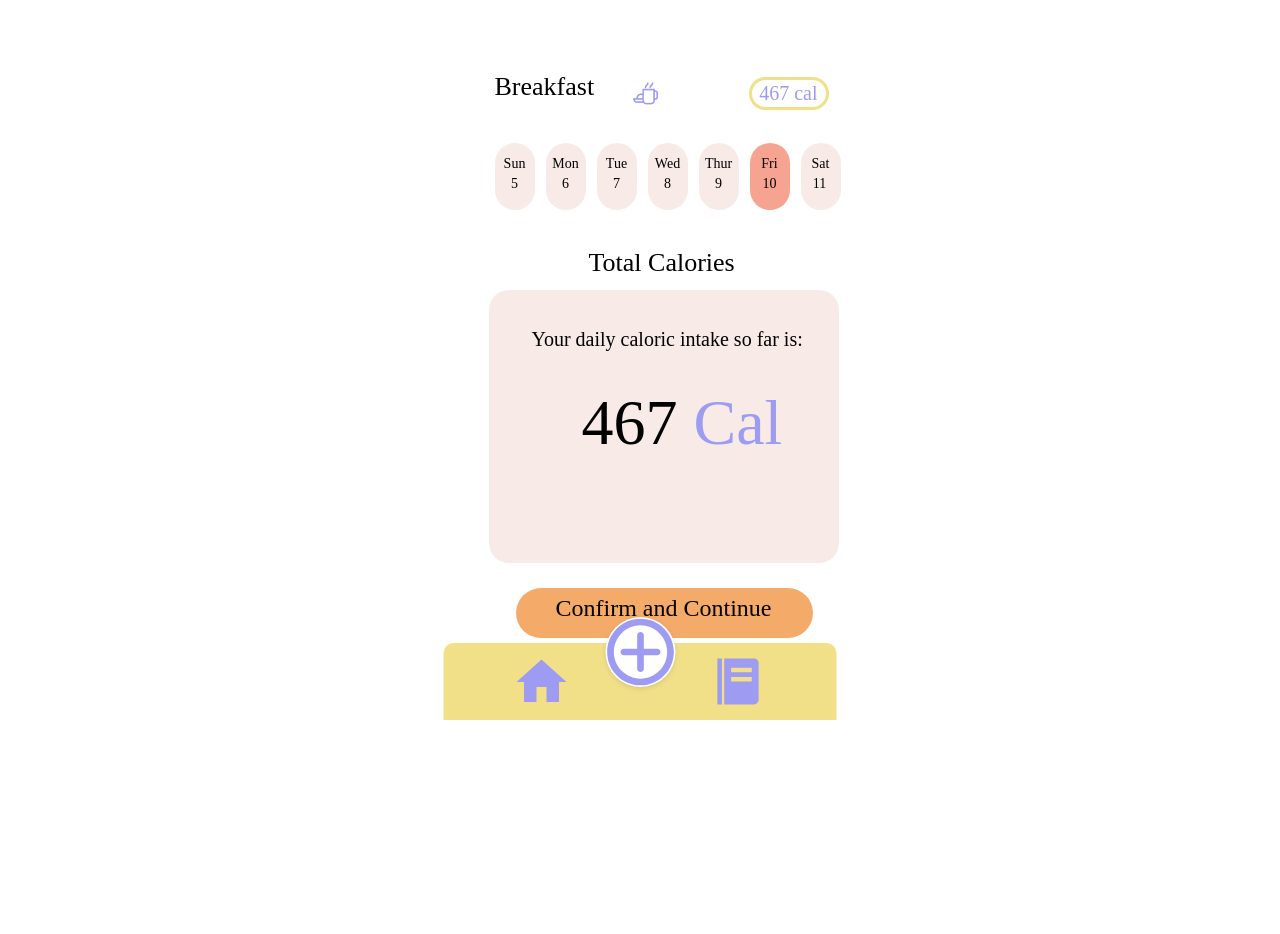
Repository: MeowCeline00/G5-Calorie-Tracker
Page: BreakfastCalCounter/index.html
An editor plug-in stored every save of this project. The page is shown before and after the next save, followed by the edit.
The browser window is 1280 px wide. The pictures show the whole page.

Above is the page before, as saved 2024-05-26 14:10:09.
Console error: ReferenceError: renderLandingPage is not defined

After the next save:
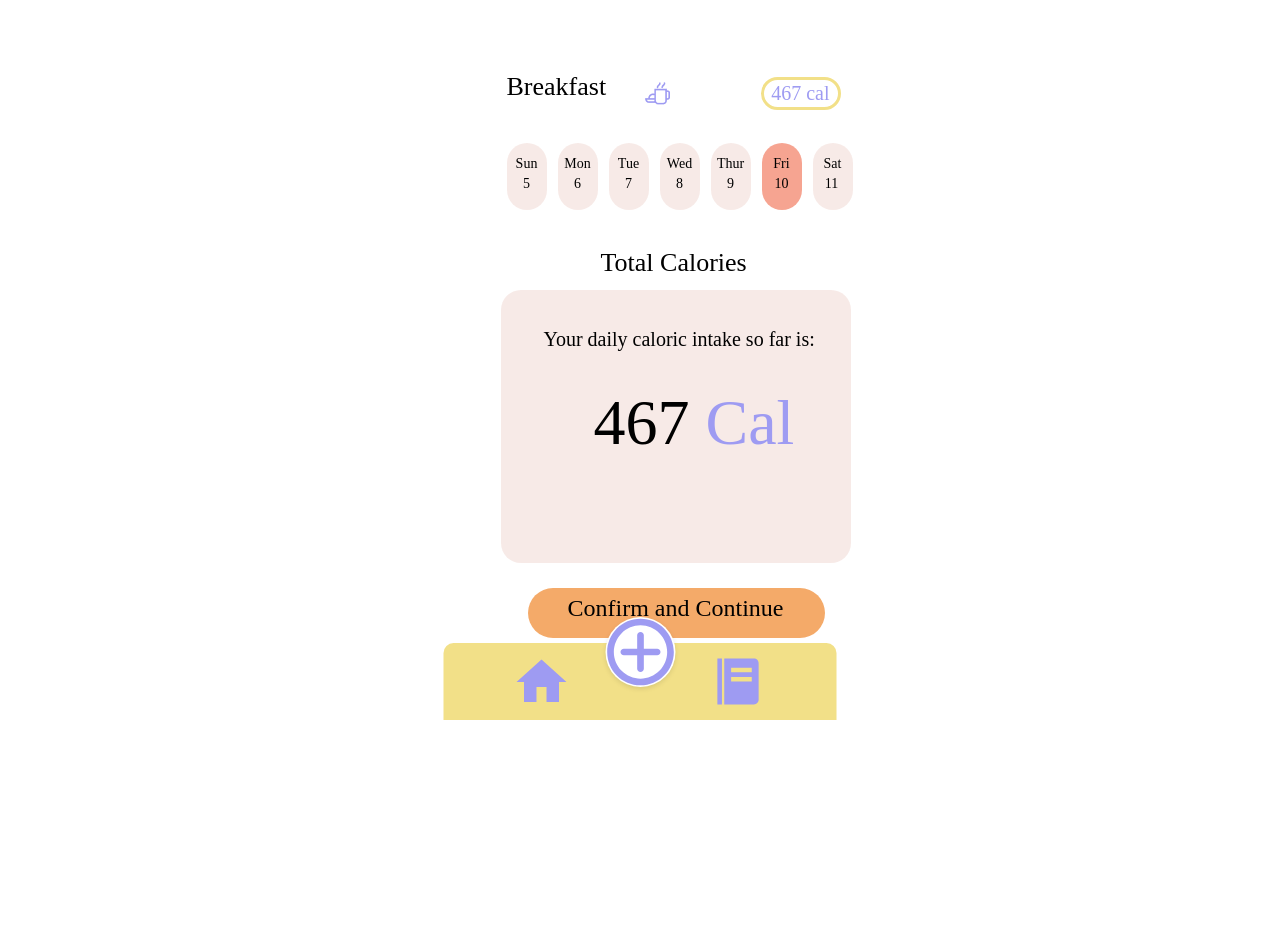
Saved 10 s later.
--- a/BreakfastCalCounter/index.css
+++ b/BreakfastCalCounter/index.css
@@ -326,7 +326,7 @@
     flex-direction: row;
     justify-content: space-between;
     align-items: center;
-    padding-left: 1.5em;
+
     padding-right: 1.5em;
     padding-top: 1em;
     padding-bottom: 1em;
